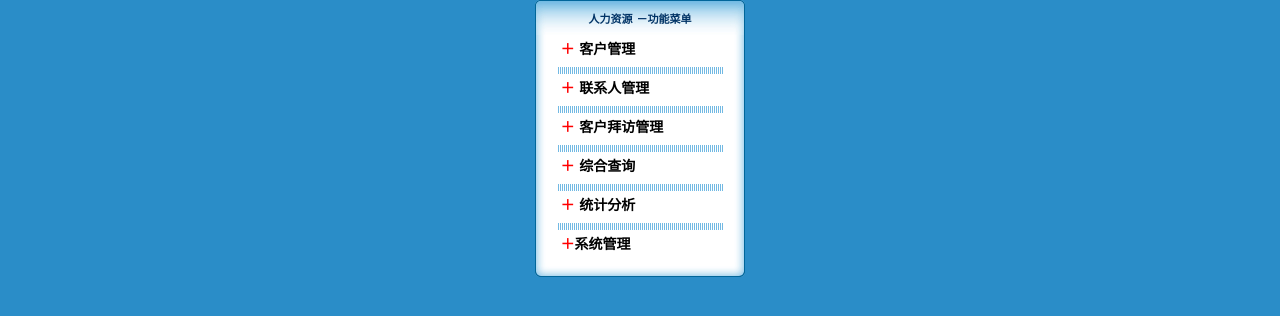
Repository: ChetWei/eclipse-workspace
Page: http://localhost/SSH_CRM/menu.jsp
The author's editor kept a copy of each file at every save. The page is drawn from the files as they stood at one save, then again after the next save.
The browser window is 1280 px wide. The pictures show the whole page.
The page is served by Tomcat 9. Nobody is signed in. The application's start-up code is not run. Other server files are loaded and not shown.

Above is the page before, as saved 2018-08-25 02:25:39.

### SSH_CRM/WebContent/menu.jsp
<%@ page language="java" contentType="text/html; charset=UTF-8"
    pageEncoding="UTF-8"%>
<!DOCTYPE HTML PUBLIC "-//W3C//DTD HTML 4.01 Transitional//EN" "http://www.w3c.org/TR/1999/REC-html401-19991224/loose.dtd">
<HTML xmlns="http://www.w3.org/1999/xhtml">
<HEAD id=Head1>
<TITLE>导航</TITLE>
<META http-equiv=Content-Type content="text/html; charset=utf-8">
<STYLE type=text/css>
BODY {
	PADDING-RIGHT: 0px;
	PADDING-LEFT: 0px;
	PADDING-BOTTOM: 0px;
	MARGIN: 0px;
	PADDING-TOP: 0px;
	BACKGROUND-COLOR: #2a8dc8
}

BODY {
	FONT-SIZE: 11px;
	COLOR: #003366;
	FONT-FAMILY: Verdana
}

TD {
	FONT-SIZE: 11px;
	COLOR: #003366;
	FONT-FAMILY: Verdana
}

DIV {
	FONT-SIZE: 11px;
	COLOR: #003366;
	FONT-FAMILY: Verdana
}

P {
	FONT-SIZE: 11px;
	COLOR: #003366;
	FONT-FAMILY: Verdana
}

.mainMenu {
	FONT-WEIGHT: bold;
	FONT-SIZE: 14px;
	cursor: pointer;
	COLOR: #000000
}

A.style2:link {
	PADDING-LEFT: 4px;
	COLOR: #0055bb;
	TEXT-DECORATION: none
}

A.style2:visited {
	PADDING-LEFT: 4px;
	COLOR: #0055bb;
	TEXT-DECORATION: none
}

A.style2:hover {
	PADDING-LEFT: 4px;
	COLOR: #ff0000;
	TEXT-DECORATION: none
}

A.active {
	PADDING-LEFT: 4px;
	COLOR: #ff0000;
	TEXT-DECORATION: none
}

.span {
	COLOR: #ff0000;
}
</STYLE>

<SCRIPT language=javascript>
	function MenuDisplay(obj_id) {
		for (var i = 1; i <= 9; i++) {
			var obj = document.getElementById('table_' + i);
			if(obj){
				document.getElementById('table_' + i).style.display = 'none';
				document.getElementById('table_' + i + 'Span').innerText = '＋';
			}

		}
		var obj = document.getElementById(obj_id);
		if(obj){
			if (obj.style.display == 'none') {
				obj.style.display = 'block';
				document.getElementById(obj_id + 'Span').innerText = '－';
			} else {
				obj.style.display = 'none';
				document.getElementById(obj_id + 'Span').innerText = '＋';
			}
		}

	}
</SCRIPT>

<META content="MSHTML 6.00.2900.3492" name=GENERATOR>
</HEAD>
<BODY>
	<FORM id=form1 name=form1 action=YHMenu.aspx method=post>
		<TABLE cellSpacing=0 cellPadding=0 width=210 align=center border=0>
			<TBODY>
				<TR>
					<TD width=15><IMG src="images/new_005.jpg" border=0></TD>
					<TD align=middle width=180 background=images/new_006.jpg
						height=35><B>人力资源 －功能菜单</B></TD>
					<TD width=15><IMG src="images/new_007.jpg" border=0></TD>
				</TR>
			</TBODY>
		</TABLE>
		<TABLE cellSpacing=0 cellPadding=0 width=210 align=center border=0>
			<TBODY>
				<TR>
					<TD width=15 background=images/new_008.jpg></TD>
					<TD vAlign=top width=180 bgColor=#ffffff>
						<TABLE cellSpacing=0 cellPadding=3 width=165 align=center border=0>
							<TBODY>
								<TR>
									<TD class=mainMenu onClick="MenuDisplay('table_1');"><SPAN
										class=span id=table_1Span>＋</SPAN> 客户管理</TD>
								</TR>
								<TR>
									<TD>
										<TABLE id=table_1 style="DISPLAY: none" cellSpacing=0
											cellPadding=2 width=155 align=center border=0>
											<TBODY>
												<TR>
													<TD class=menuSmall><A class=style2 href="customer_enterAdd.action"
														target=main>－ 新增客户</A></TD>
												</TR>
												<TR>
													<TD class=menuSmall><A class=style2 href="customer_findAll.action"
														target=main>－ 客户列表</A></TD>
												</TR>

											</TBODY>
										</TABLE>
									</TD>
								</TR>
								<TR>
									<TD background=images/new_027.jpg height=1></TD>
								</TR>
								<TR>
									<TD class=mainMenu onClick="MenuDisplay('table_2');"><SPAN
										class=span id=table_2Span>＋</SPAN> 联系人管理</TD>
								</TR>
								<TR>
									<TD>
										<TABLE id=table_2 style="DISPLAY: none" cellSpacing=0
											cellPadding=2 width=155 align=center border=0>
											<TBODY>
												<TR>
													<TD class=menuSmall><A class=style2 href="linkman_add.action"
														target=main>－新增联系人</A></TD>
												</TR>
												<TR>
													<TD class=menuSmall><A class=style2 href="linkman_findAll.action"
														target=main>－联系人列表</A></TD>
												</TR>

											</TBODY>
										</TABLE>
									</TD>
								</TR>
								<TR>
									<TD background=images/new_027.jpg height=1></TD>
								</TR>
								<TR>
									<TD class=mainMenu onClick="MenuDisplay('table_5');"><SPAN
										class=span id=table_5Span>＋</SPAN> 客户拜访管理</TD>
								</TR>
								<TR>
									<TD>
										<TABLE id=table_5 style="DISPLAY: none" cellSpacing=0
											cellPadding=2 width=155 align=center border=0>
											<TBODY>
												<TR>
													<TD class=menuSmall><A class=style2 href="#"
														target=main>－新增客户拜访</A></TD>
												</TR>
												<TR>
													<TD class=menuSmall><A class=style2 href="#"
														target=main>－客户拜访列表</A></TD>
												</TR>

											</TBODY>
										</TABLE>
									</TD>
								</TR>
								<TR>
									<TD background=images/new_027.jpg height=1></TD>
								</TR>
								<TR>
									<TD class=mainMenu onClick="MenuDisplay('table_3');"><SPAN
										class=span id=table_3Span>＋</SPAN> 综合查询</TD>
								</TR>
								<TR>
									<TD>
										<TABLE id=table_3 style="DISPLAY: none" cellSpacing=0
											cellPadding=2 width=155 align=center border=0>
											<TBODY>
												<TR>
													<TD class=menuSmall><A class=style2 href="#"
														target=main>－ 客户信息查询</A></TD>
												</TR>
												<TR>
													<TD class=menuSmall><A class=style2 href="#"
														target=main>－ 联系人信息查询</A></TD>
												</TR>
												<TR>
													<TD class=menuSmall><A class=style2 href="#"
														target=main>－ 客户拜访记录查询</A></TD>
												</TR>
											</TBODY>
										</TABLE>
									</TD>
								</TR>
								<TR>
									<TD background=images/new_027.jpg height=1></TD>
								</TR>
								<TR>
									<TD class=mainMenu onClick="MenuDisplay('table_4');"><SPAN
										class=span id=table_4Span>＋</SPAN> 统计分析</TD>
								</TR>
								<TR>
									<TD>
										<TABLE id=table_4 style="DISPLAY: none" cellSpacing=0
											cellPadding=2 width=155 align=center border=0>
											<TBODY>
												<TR>
													<TD class=menuSmall><A class=style2 href="#"
														target=main>－客户行业统计</A></TD>
												</TR>
												<TR>
													<TD class=menuSmall><A class=style2 href="#"
														target=main>－客户来源统计</A></TD>
												</TR>

											</TBODY>
										</TABLE>
									</TD>
								</TR>
								<TR>
									<TD background=images/new_027.jpg height=1></TD>
								</TR>
								<TR>
									<TD class=mainMenu onClick="MenuDisplay('table_6');"><SPAN
										class=span id=table_6Span>＋</SPAN>系统管理</TD>
								</TR>
								<TR>
									<TD>
										<TABLE id=table_6 style="DISPLAY: none" cellSpacing=0
											cellPadding=2 width=155 align=center border=0>
											<TBODY>
												<TR>
													<TD class=menuSmall><A class=style2 href="#"
														target=main>－角色管理</A></TD>
												</TR>
												<TR>
													<TD class=menuSmall><A class=style2 href="#"
														target=main>－用户管理</A></TD>
												</TR>
												<TR>
													<TD class=menuSmall><A class=style2 href="#"
														target=main>－数据字典</A></TD>
												</TR>
											</TBODY>
										</TABLE>
									</TD>
								</TR>
							</TBODY>
						</TABLE>
					</TD>
					<TD width=15 background=images/new_009.jpg></TD>
				</TR>
			</TBODY>
		</TABLE>
		<TABLE cellSpacing=0 cellPadding=0 width=210 align=center border=0>
			<TBODY>
				<TR>
					<TD width=15><IMG src="images/new_010.jpg" border=0></TD>
					<TD align=middle width=180 background=images/new_011.jpg
						height=15></TD>
					<TD width=15><IMG src="images/new_012.jpg" border=0></TD>
				</TR>
			</TBODY>
		</TABLE>
	</FORM>
</BODY>
</HTML>

After the next save:
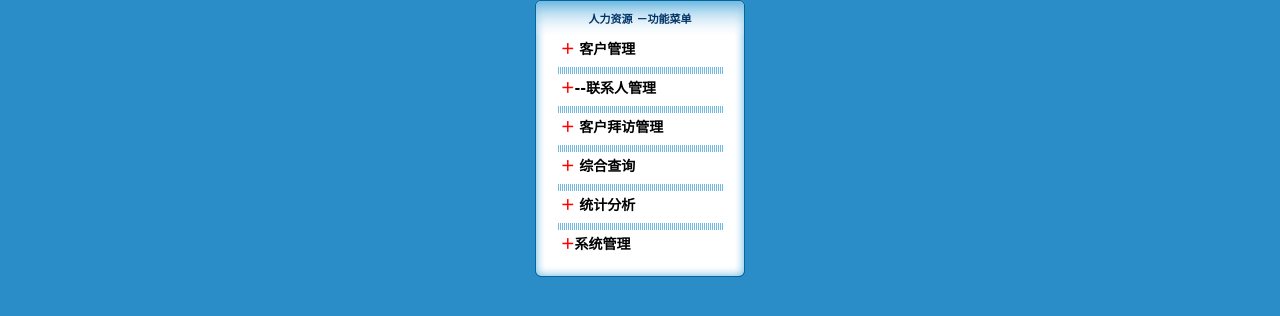
Saved 2 min 17 s later.
--- a/SSH_CRM/WebContent/menu.jsp
+++ b/SSH_CRM/WebContent/menu.jsp
@@ -147,7 +147,7 @@ A.active {
 								</TR>
 								<TR>
 									<TD class=mainMenu onClick="MenuDisplay('table_2');"><SPAN
-										class=span id=table_2Span>＋</SPAN> 联系人管理</TD>
+										class=span id=table_2Span>＋</SPAN>--联系人管理</TD>
 								</TR>
 								<TR>
 									<TD>
